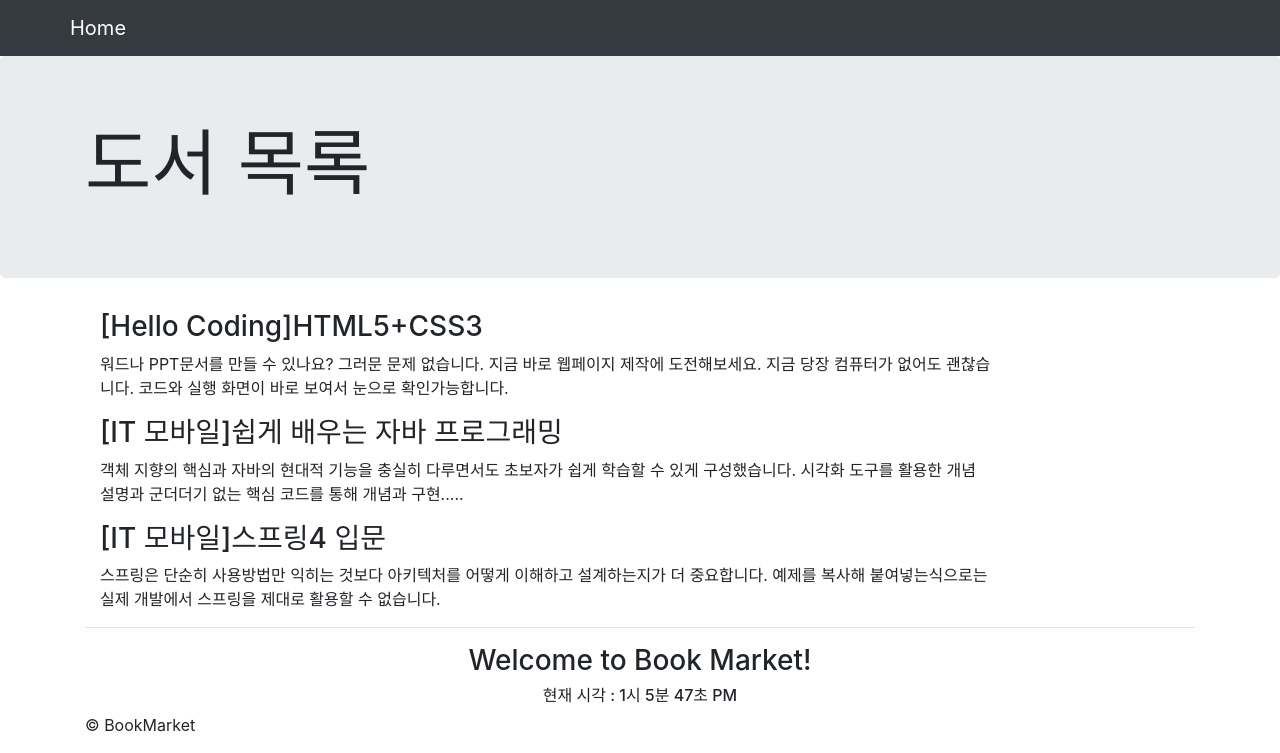
Repository: CheolHo-0428/JSP-Web-Programming
Page: http://localhost/BookMarket/books.jsp
The author's editor kept a copy of each file at every save. The page is drawn from the files as they stood at one save, then again after the next save.
The browser window is 1280 px wide. The pictures show the whole page.
The page is served by Tomcat 9.

Above is the page before, as saved 2021-05-09 08:35:00.

After the next save:
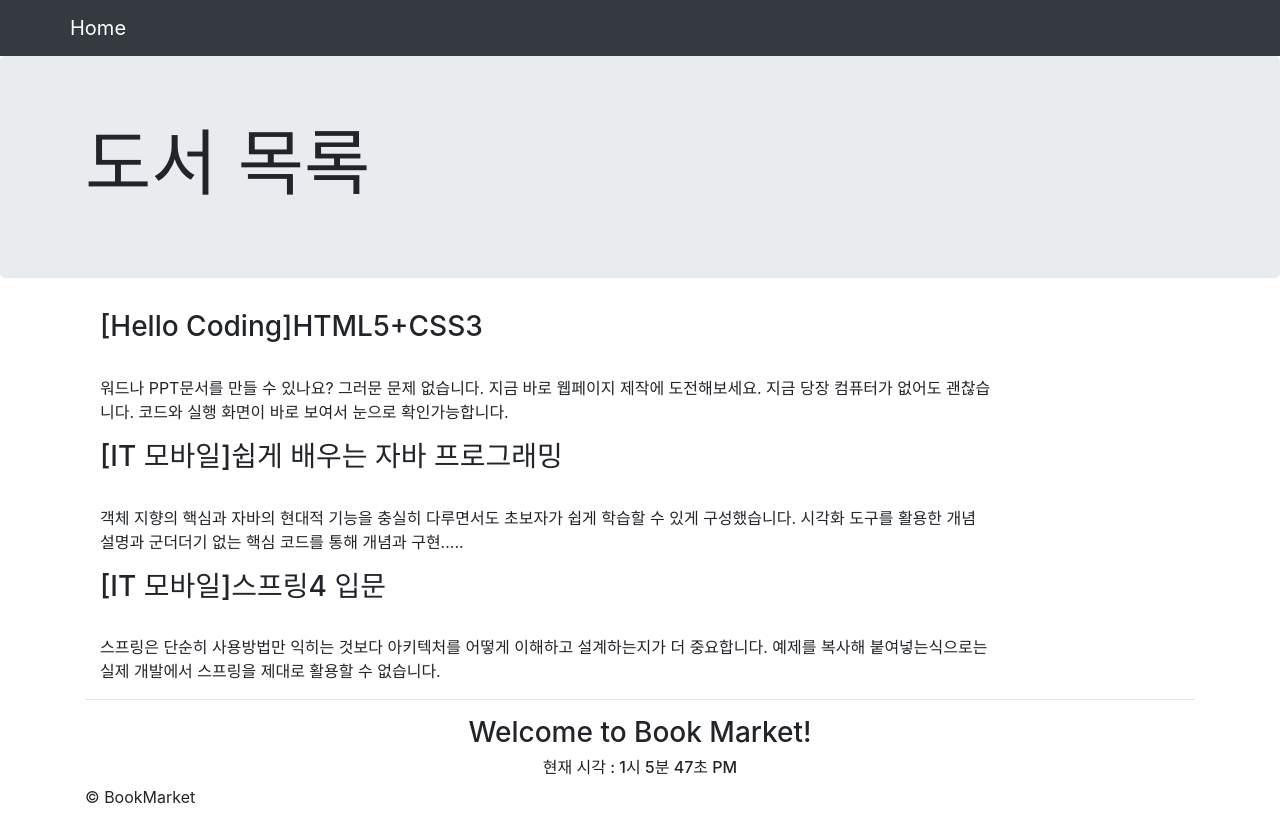
Saved 33 s later.
--- a/BookMarket/src/main/webapp/books.jsp
+++ b/BookMarket/src/main/webapp/books.jsp
@@ -30,7 +30,7 @@
 				Book book = listOfBooks.get(i);
 			%>
 			<div class = "col-md-10">
-				<h3><%= book.getCategory()%><%=book.getName()%></h3>
+				<h3><%= book.getCategory()%><%=book.getName()%></h3><br>
 				<p><%= book.getDescription() %></p>
 				<p></p>
 			</div>
